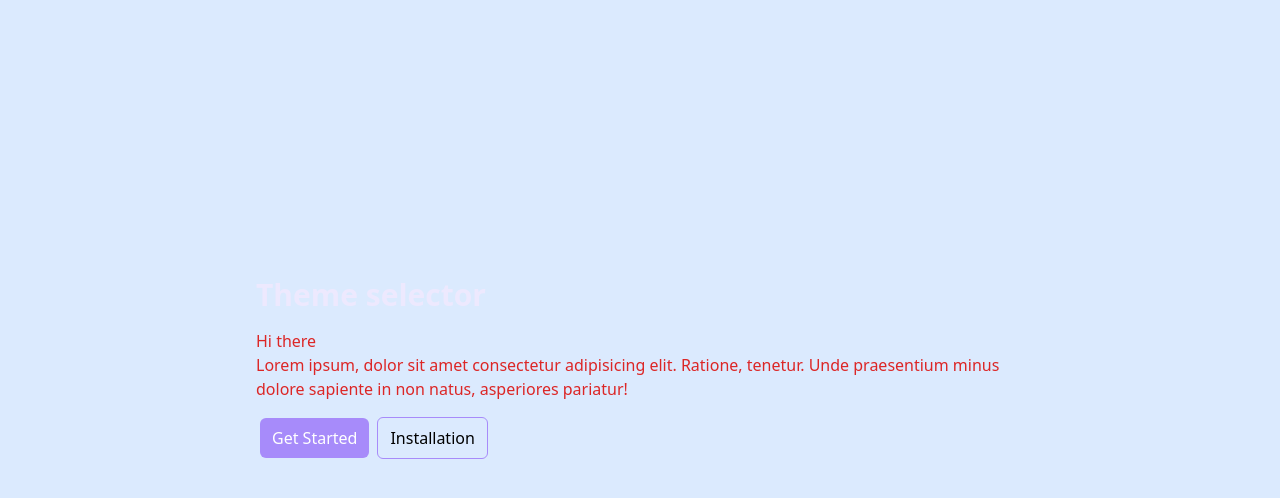
Repository: prince-bansal/tailwind-theme-switcher
Page: /
An editor plug-in stored every save of this project. The page is shown before and after the next save, followed by the edit.
The browser window is 1280 px wide. The pictures show the whole page.
The project was rebuilt for these pictures with package versions that can differ from the ones it lists, and the page was loaded fresh each time. Also part of the build but not shown: vite.config.ts, src/index.css.

Above is the page before, as saved 2024-03-17 19:28:16.

After the next save:
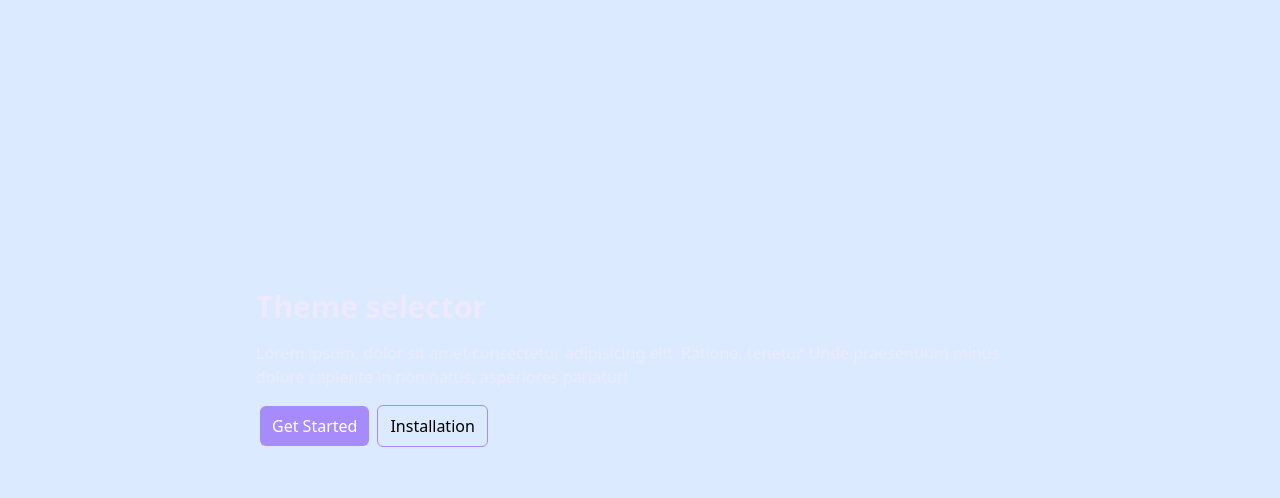
Saved 25 s later.
--- a/src/App.tsx
+++ b/src/App.tsx
@@ -6,8 +6,7 @@ function App() {
     <div className="bg-fill min-h-screen flex items-center justify-center">
       <div className="w-[60%] m-auto">
         <h1 className="text-3xl text-heading my-4 font-bold">Theme selector</h1>
-        <p className="text-red-600">Hi there</p>
-        <p className="text-red-600">
+        <p className="text-heading">
           Lorem ipsum, dolor sit amet consectetur adipisicing elit. Ratione,
           tenetur. Unde praesentium minus dolore sapiente in non natus,
           asperiores pariatur!
